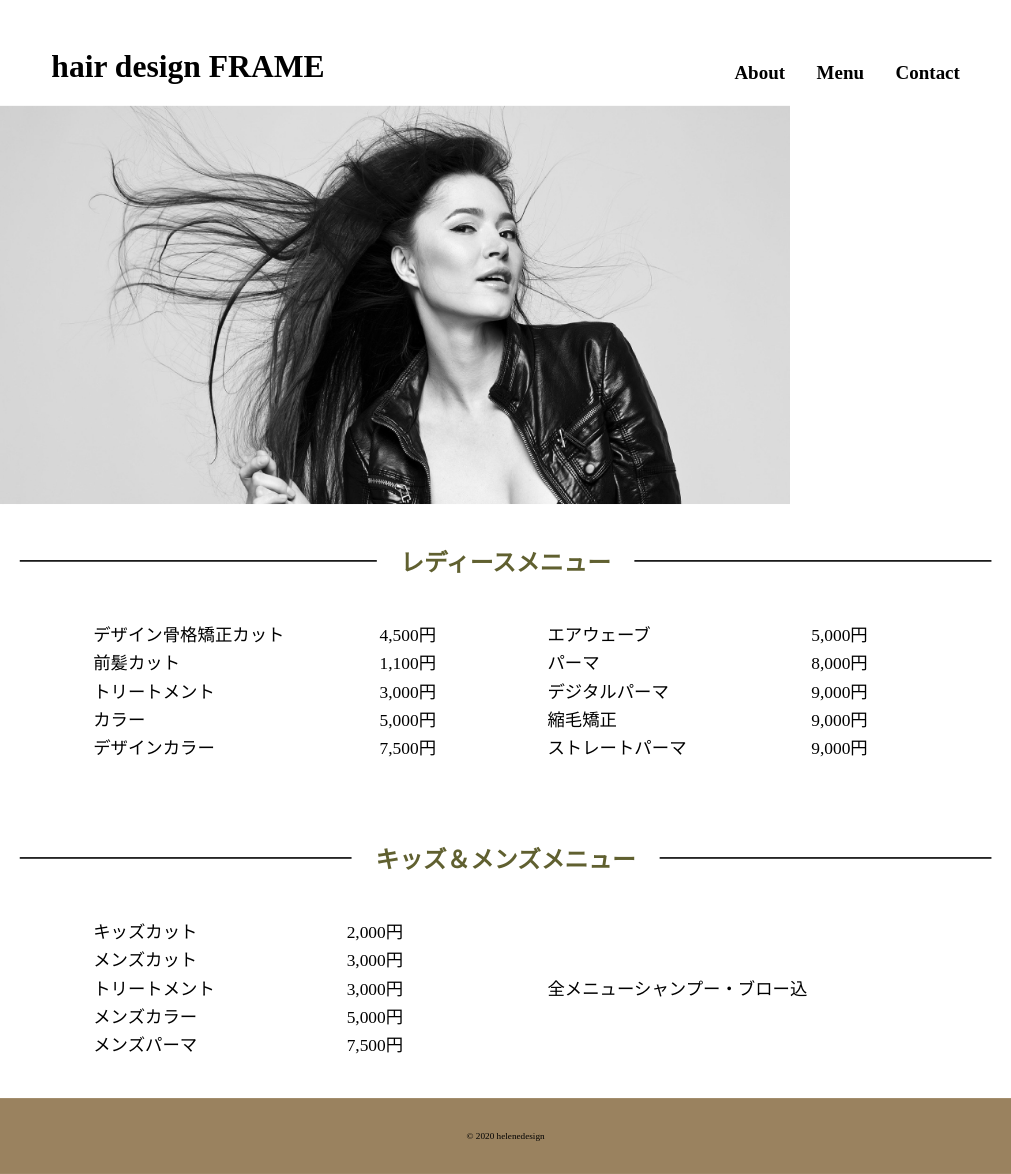
Repository: Akane492/samurai_HTML-CSS
Page: hairsalon/menu.html
The author's editor kept a record of every edit. The page is drawn from the files as they stood at one moment, then again after the next edit.
The browser window is 1280 px wide. The pictures show the whole page, at 79% of full size.

Above is the page before.

### hairsalon/menu.html
<!DOCTYPE html>
<html lang="ja">
    <head>
        <meta charset="UTF-8">
        <meta name="viewport" content="width=device-width, initial-scale=1.0">
        <meta http-equiv="X-UA-Compatible" content="ie=edge">
        <link rel="stylesheet" href="stylesheet.css">
        <title>hair design FRAME - Menu</title>
    </head>

    <body>
        <div id="menu">
            <header class="page-header wrapper">
                <h1 class="page-title"><a href="home.html">hair design FRAME</a></h1>
                <nav>
                    <ul class="top-nav">
                        <li><a href="about.html">About</a></li>
                        <li><a href="menu.html">Menu</a></li>
                        <li><a href="contact.html">Contact</a></li>
                    </ul>
                </nav>
            </header>
        <div id="menu-bg"></div>

        <div class="page-title2">
            <h2><span class="page-title-about">レディースメニュー</span></h2>
        </div><!---page-title2--->
        <div class="menu-preis wrapper">
            <table border="1" class="menu-info">
                <tr>
                    <td>デザイン骨格矯正カット</td>
                    <td>4,500円</td>
                </tr>
                <tr>
                    <td>前髪カット</td>
                    <td>1,100円</td>
                </tr>
                <tr>
                    <td>トリートメント</td>
                    <td>3,000円</td>
                </tr>
                <tr>
                    <td>カラー</td>
                    <td>5,000円</td>
                </tr>
                <tr>
                    <td>デザインカラー</td>
                    <td>7,500円</td>
                </tr>
            </table>

            <table border="1" class="menu-info2">
                <tr>
                    <td>エアウェーブ</td>
                    <td>5,000円</td>
                </tr>
                <tr>
                    <td>パーマ</td>
                    <td>8,000円</td>
                </tr>
                <tr>
                    <td>デジタルパーマ</td>
                    <td>9,000円</td>
                </tr>
                <tr>
                    <td>縮毛矯正</td>
                    <td>9,000円</td>
                </tr>
                <tr>
                    <td>ストレートパーマ</td>
                    <td>9,000円</td>
                </tr>
            </table>
        </div><!---menu-preis--->

        <div class="page-title2">
            <h2><span class="page-title-about">キッズ＆メンズメニュー</span></h2>
        </div><!---page-title2--->
        <div class="menu-preis wrapper">
            <table border="1" class="menu-info">
                <tr>
                    <td>キッズカット</td>
                    <td>2,000円</td>
                </tr>
                <tr>
                    <td>メンズカット</td>
                    <td>3,000円</td>
                </tr>
                <tr>
                    <td>トリートメント</td>
                    <td>3,000円</td>
                </tr>
                <tr>
                    <td>メンズカラー</td>
                    <td>5,000円</td>
                </tr>
                <tr>
                    <td>メンズパーマ</td>
                    <td>7,500円</td>
                </tr>
            </table>
            <table border="1" class="menu-info2">
                <tr>
                    <td>全メニューシャンプー・ブロー込</td>
                </tr>
            </table>
        </div><!---menu-preis--->

        <footer>
            <p><small>&copy; 2020 helenedesign</small></p>
        </footer>
    </body>

</html>

### hairsalon/stylesheet.css
@charset "UTF-8";

body {
    font-family: "Yu Gothic Medium", "遊ゴシック Medium", YuGothic, "遊ゴシック体", "ヒラギノ角ゴ Pro W3","sanf-serif";
    padding: 0;
    margin: 0;
}
a {
    text-decoration: none;
}
img {
    max-width: 100%;
}

/*
----------header*/
#top {
    background-image: url(./images/woman.jpg);
    min-height: 100vh;
}
.background {
    background-size: cover;
    background-position: center top;
    background-repeat: no-repeat;
    width: 100%;
}
.wrapper {
    max-width: 1150px;
    margin: auto;
}
.page-title {
    font-family: 'Vollkorn', serif;
    font-size: 40px;
    margin-top: 60px;

}
.page-title a {
    color: black;
}
.page-title a:hover {
    color: #9a825f;
}
.page-header {
    display: flex;
    justify-content: space-between;
}
.top-nav {
    display: flex;
    list-style: none;
    font-size: 1.5rem;
	font-family: 'Vollkorn', serif;
    font-weight: bold;
    margin-top: 79px;
}
.top-nav li {
    margin-left: 40px;
}
.top-nav a {
    color: black;
}
.top-nav a:hover {
    color: #9a825f;
}

h2 {
    max-width: 1100px;
    margin: auto;
    margin-top: 50px;
    position: relative;
    padding: 0 65px;
    text-align: center;
}

h2:before {
    position: absolute;
    top: calc(50% - 1px);
    left: 0;
    width: 100%;
    height: 2px;
    content: '';
    background: #000;
}

h2 span {
    position: relative;
    padding: 0 1em;
    background: #dbdbdd;
    color: #606030;
}

/*
----------about*/
.page-title-about {
    background: white;
    font-size: 30px;
    font-family: 'Vollkorn', serif;
    font-weight: bold;
}
.content {
    max-width: 700px;
    margin-top: 50px;
}
#content-bg {
    background-image: url(./images/salon2.jpg);
    min-height: 40vh;
}
.grid {
    display: grid;
    grid-template-columns: repeat(3,minmax(240px, 1fr));
    margin-top: 3%;
    margin-bottom: 50px;
}
.item {
    padding: 0 20px;
}
.item-title {
    text-align: center;
    font-size: 20px;
}
.item-info {
    font-size: 13px;
}

/*
----------nemu*/
#menu-bg {
    background-image: url(images/girl4.jpg);
    min-height: 70vh;
}
.menu-preis {
    display: flex;
    justify-content: space-between;
}
.menu-info {
    list-style: none;
    width: 50%;
    text-align: left;
    font-size: 22px;
    margin: 50px;

}
.menu-info2 {
    list-style: none;
    width: 50%;
    text-align: left;
    font-size: 22px;
    margin: 50px;
}
table, td {
    border: none;
}


/*
-----------contact*/
#contact {
    background-image: url(./images/contact.jpg);
    min-height: 100vh;
}
form div {
    margin-bottom: 16px;
}
label {
    font-size: 1.125rem;
    margin-bottom: 10px;
    display: block;
}
input[type="text"],
input[type="mail"],
textarea {
    background: rgba(255,255,255,.5);
    border: 1px #fff solid;
    border-radius: 5px;
    padding: 10px;
    font-size: 1rem;
}
input[type="text"],
input[type="mail"] {
    width: 100%;
    max-width: 350px;
}
textarea {
    width: 100%;
    max-width: 350px;
    height: 6rem;
}
input[type="submit"] {
    border: none;
    cursor: pointer;
    line-height: 1;
}
.name-contact {
    text-align: center;
}
.email-contact {
    text-align: center;
}
.message-contact {
    text-align: center;
}
.message-submit {
    text-align: center;
}
.button {
    text-align: center;
    background: #9a825f;
    color: #fff;
    font-size: 1.375rem;
    padding: 15px 20px;
    border-radius: 5px;
}
.button:hover {
    background: #7d694b;
}
#contact-title {
    text-align: center;
}
.content-title {
    font-size: 5rem;
    font-family: "Philosopher", serif;
    font-weight: normal;
    text-transform: none;
}
#location {
    padding: 4% 0;
}
#location .wrapper {
    display: flex;
    justify-content: space-between;
}
#name-shop {
    font-size: 1.375rem;
    font-weight: normal;
    padding: 0 8px 8px;
    border-bottom: 2px #9a825f solid;
}
.location-info {
    width: 22%;
}
.location-info p {
    padding: 12px 10px;
}
.location-map {
    width: 74%;
}
iframe {
    width: 100%;
}

/*
----------footer*/
footer {
    text-align: center;
    background: #9a825f;
    padding: 26px 0;
}
footer p {
    font-size: 0.875rem;
}

/*
----------mobile*/
@media (max-width: 600px) {
    .page-title {
        margin-top: 5px;
    }
    .page-title a {
        font-size: 2rem;
    }
    .page-header {
        flex-direction: column;
        align-items: center;
    }

    /* header */
    .top-nav {
        font-size: 1.1rem;
        margin-top: 5px;
    }
    .top-nav li {
        margin: 0 15px;
    }

    /* home */
    h2 {
        margin-top: 10px;
    }

    /* about */
    .page-title-about {
        font-size: 20px;
    }
    .content {
        max-width: 320px;
        margin-top: 30px;
        margin-bottom: 30px;
    }
    .content p {
        font-size: 14px;
    }
    footer p {
        font-size: 10px;
    }
    .grid {
        display: grid;
        grid-template-columns: repeat(2,minmax(240px, 1fr));
    }
    .item {
        margin-top: 10px;
    }
    .item-title {
        font-size: 15px;
        font-weight: bold;
    }
    .item-info {
        font-size: 12px;
    }

    /* contact */
    #contact-title {
        font-size: 40px;
        font-weight: bold;
    }
    input[type="text"],
    input[type="mail"] {
        width: 100%;
        max-width: 300px;
}
    textarea {
        max-width: 300px;
        width: 100%;
        height: 6rem;
    }
    #name-shop {
        font-weight: bold;
    }
    #location .wrapper {
        flex-direction: column;
    }
    .location-info,
    .location-map {
        width: 100%;
    }
    #location-wrapper {
        text-align: center;
    }
    .location-map {
        margin-bottom: -23px;
    }

    /* menu */
        #menu-bg {
            background-position: left 22% top 5%;
        }
        .menu-info td {
            font-size: 12px;
        }
        .menu-info2 td {
            font-size: 12px;
        }
}

After the next edit:
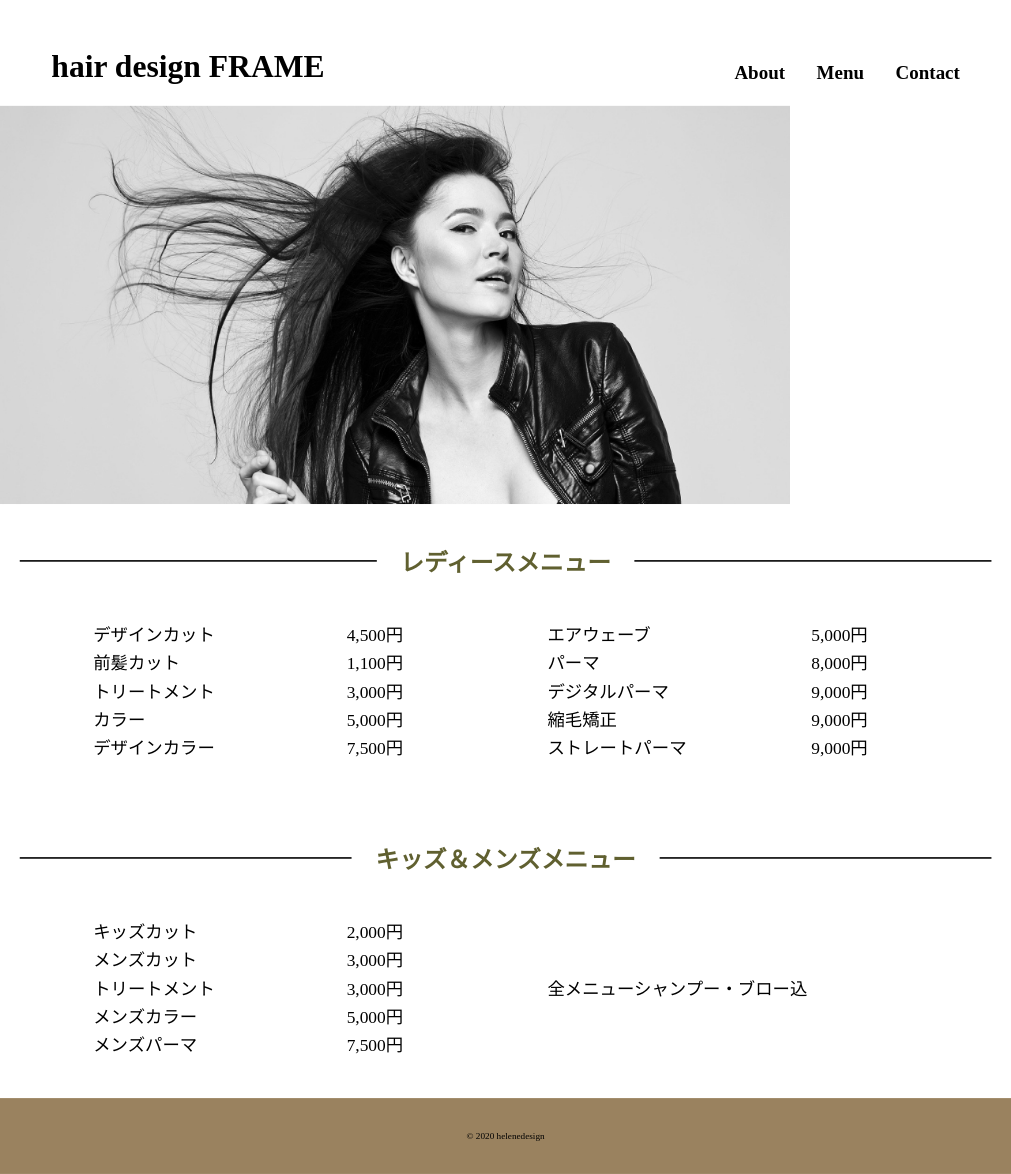
The edit:
--- a/hairsalon/menu.html
+++ b/hairsalon/menu.html
@@ -28,7 +28,7 @@
         <div class="menu-preis wrapper">
             <table border="1" class="menu-info">
                 <tr>
-                    <td>デザイン骨格矯正カット</td>
+                    <td>デザインカット</td>
                     <td>4,500円</td>
                 </tr>
                 <tr>
